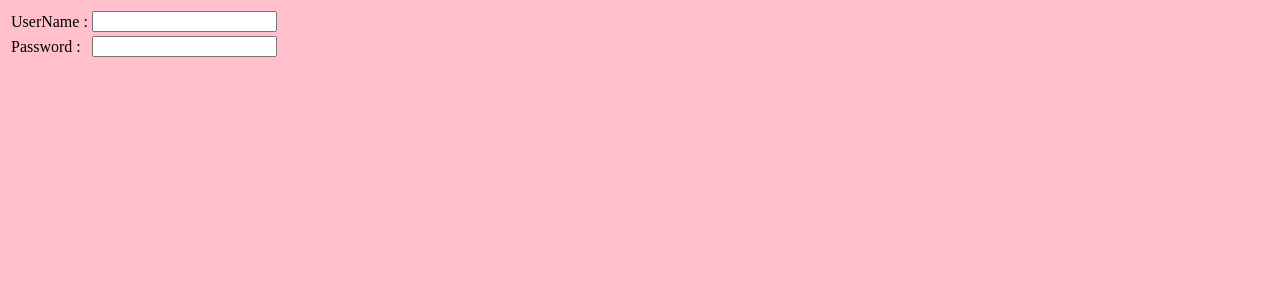
Repository: Vkrishna9135/JSP-2ND-TIME
Page: SERVLETS_FOLDER/Login_RegUser/src/main/webapp/Login.html
An editor plug-in stored every save of this project. The page is shown before and after the next save, followed by the edit.
The browser window is 1280 px wide. The pictures show the whole page.

Above is the page before, as saved 2023-04-12 16:08:25.

After the next save:
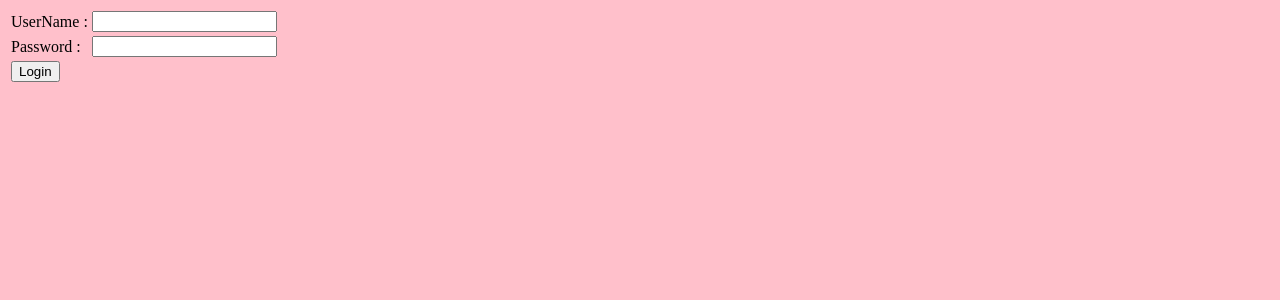
Saved 77 s later.
--- a/SERVLETS_FOLDER/Login_RegUser/src/main/webapp/Login.html
+++ b/SERVLETS_FOLDER/Login_RegUser/src/main/webapp/Login.html
@@ -11,6 +11,9 @@
 <td><input type="text" name="pw"></td></tr>
 
 
+<tr><td><input type="submit" value="Login"></td></tr>
+
+
 
 
 
